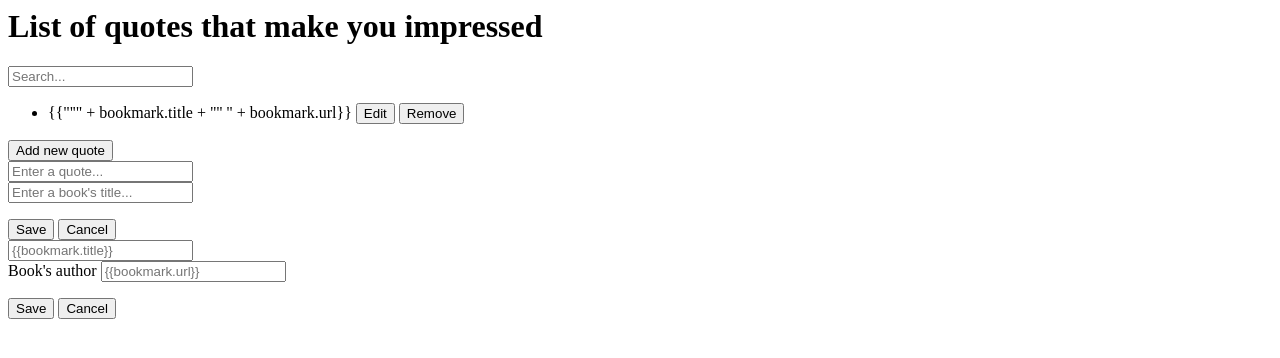
Repository: joannapl/LibraryOnline
Page: templates/quotes.html
The author's editor kept a record of every edit. The page is drawn from the files as they stood at one moment, then again after the next edit.
The browser window is 1280 px wide. The pictures show the whole page.

Above is the page before.

After the next edit:
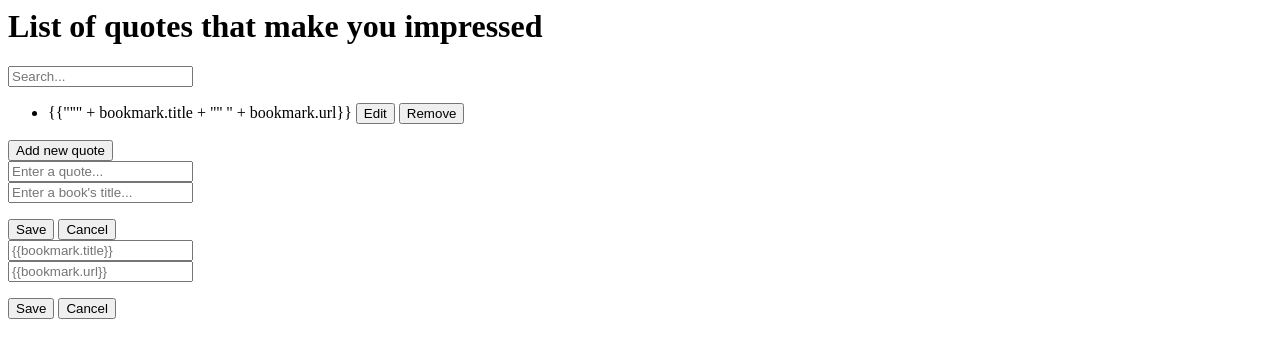
The edit:
--- a/templates/quotes.html
+++ b/templates/quotes.html
@@ -44,7 +44,6 @@
                 <input type="text" ng-model="bookmarkTitleEdit" class="form-control" id="bookmarkTitle" placeholder="{{bookmark.title}}">
             </div>
             <div class="form-group">
-                <label for="bookmarkUrl">Book's author</label>
                 <input type="text" ng-model="bookmarkUrlEdit" class="form-control" id="bookmarkUrl" placeholder="{{bookmark.url}}">
             </div>
         </form>
